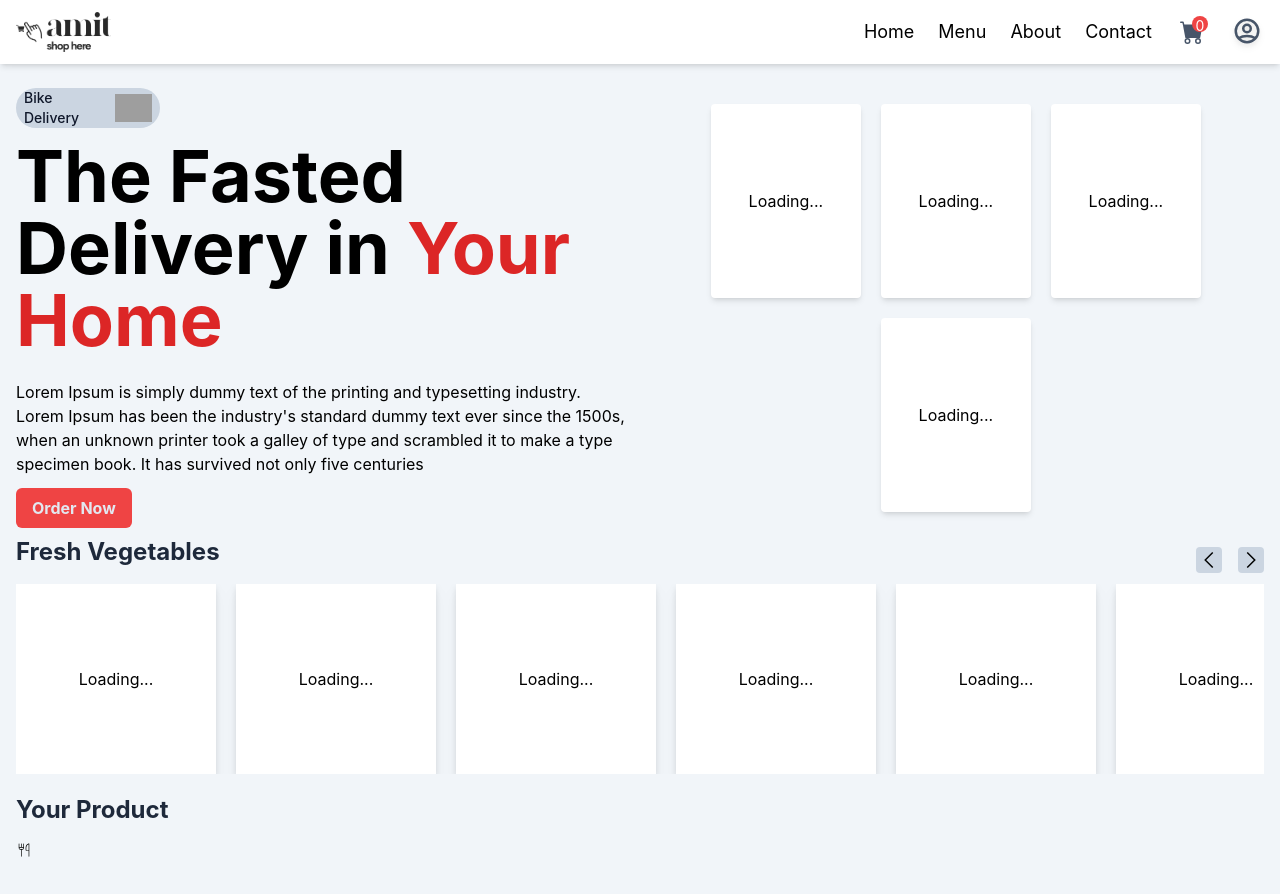
Repository: Lehuyhuynh/Web_ban_hoa_qua
Page: / (app in frontend/)
The author's editor kept a copy of each file at every save. The page is drawn from the files as they stood at one save, then again after the next save.
The browser window is 1280 px wide. The pictures show the whole page.
Pictures or frames that could not be fetched are drawn as grey boxes. The page's requests for data from a server got no answer. The project was rebuilt for these pictures with package versions that can differ from the ones it lists, and the page was loaded fresh each time. No one was signed in, and anything a server would have sent is missing. Also part of the build but not shown: frontend/src/page/Menu.js, frontend/src/page/About.js, frontend/src/page/Contact.js, frontend/src/page/login.js, frontend/src/utility/ImagetoBase64.js, frontend/src/page/Newproduct.js, frontend/src/page/Signup.js.

Above is the page before, as saved 2024-01-06 20:51:52.

### frontend/src/index.js
import React from "react";
import ReactDOM from "react-dom/client";
import "./index.css";
import App from "./App";
import reportWebVitals from "./reportWebVitals";
import {
  createBrowserRouter,
  createRoutesFromElements,
  Route,
  RouterProvider,
} from "react-router-dom";

import Home from "./page/Home";
import Menu from "./page/Menu";
import About from "./page/About";
import Contact from "./page/Contact";
import Login from "./page/login";
import NewProduct from "./page/Newproduct";
import Signup from "./page/Signup";
import { store } from "./redux/index";
import { Provider } from "react-redux";

const router = createBrowserRouter(
  createRoutesFromElements(
    <Route path="/" element={<App />}>
      <Route index element={<Home />} />
      <Route path="menu" element={<Menu />} />
      <Route path="about" element={<About />} />
      <Route path="contact" element={<Contact />} />
      <Route path="login" element={<Login />} />
      <Route path="newproduct" element={<NewProduct />} />
      <Route path="signup" element={<Signup />} />
    </Route>
  )
);

const root = ReactDOM.createRoot(document.getElementById("root"));
root.render(
  <Provider store={store}>
    <RouterProvider router={router} />
  </Provider>
);

// If you want to start measuring performance in your app, pass a function
// to log results (for example: reportWebVitals(console.log))
// or send to an analytics endpoint. Learn more: https://bit.ly/CRA-vitals
reportWebVitals();

### frontend/src/App.js
import Header from "./component/Header";
import { Outlet } from "react-router-dom";
import toast, { Toaster } from "react-hot-toast";
import { useEffect } from "react";
import { useDispatch, useSelector } from "react-redux";
import { setDataProduct } from "./redux/productSlide";

function App() {
  const dispatch = useDispatch();
  const productData = useSelector((state) => state.product);

  useEffect(() => {
    (async () => {
      const res = await fetch(`${process.env.REACT_APP_SERVER_DOMIN}/product`);
      const resData = await res.json();
      console.log(1, resData);
      dispatch(setDataProduct(resData));
    })();
  }, []);

  return (
    <>
      <Toaster />
      <div>
        <Header />
        <main className="pt-16 bg-slate-100 min-h-[calc(100vh)]">
          <Outlet />
        </main>
      </div>
    </>
  );
}

export default App;

### frontend/src/page/Home.js
import React, { useEffect, useRef, useState } from "react";
import { useSelector } from "react-redux";
import CardFeature from "../component/CardFeature";
import HomeCard from "../component/HomeCard";
import { GrPrevious, GrNext } from "react-icons/gr";
// import FilterProduct from "../component/FilterProduct";
// import AllProduct from "../component/AllProduct";
import { CiForkAndKnife } from "react-icons/ci";

const Home = () => {
  const productData = useSelector((state) => state.product.productList);
  console.log(productData);
  const homeProductCartList = productData.slice(1, 5);
  const homeProductCartListVegetables = productData.filter(
    (el) => el.category === "vegetable",
    []
  );
  const loadingArray = new Array(4).fill(null);
  const slideProductRef = useRef();
  const loadingArrayFeature = new Array(10).fill(null);

  const nextProduct = () => {
    slideProductRef.current.scrollLeft += 200;
  };
  const preveProduct = () => {
    slideProductRef.current.scrollLeft -= 200;
  };

  return (
    <div className="p-2 md:p-4">
      <div className="md:flex gap-4 py-2">
        <div className="md:w-1/2">
          <div className="flex gap-3 bg-slate-300 w-36 px-2 items-center rounded-full">
            <p className="text-sm font-medium text-slate-900">Bike Delivery</p>
            <img
              src="https://cdn-icons-png.flaticon.com/512/2972/2972185.png"
              className="h-7"
            />
          </div>
          <h2 className="text-4xl md:text-7xl font-bold py-3">
            The Fasted Delivery in{" "}
            <span className="text-red-600 text-">Your Home</span>
          </h2>
          <p className="py-3 text-base ">
            Lorem Ipsum is simply dummy text of the printing and typesetting
            industry. Lorem Ipsum has been the industry's standard dummy text
            ever since the 1500s, when an unknown printer took a galley of type
            and scrambled it to make a type specimen book. It has survived not
            only five centuries
          </p>
          <button className="font-bold bg-red-500 text-slate-200 px-4 py-2 rounded-md">
            Order Now
          </button>
        </div>

        <div className="md:w-1/2 flex flex-wrap gap-5 p-4 justify-center">
          {homeProductCartList[0]
            ? homeProductCartList.map((el) => {
                return (
                  <HomeCard
                    key={el._id}
                    id={el._id}
                    image={el.image}
                    name={el.name}
                    price={el.price}
                    category={el.category}
                  />
                );
              })
            : loadingArray.map((el, index) => {
                return (
                  <HomeCard key={index + "loading"} loading={"Loading..."} />
                );
              })}
        </div>
      </div>

      <div className="">
        <div className="flex w-full items-center">
          <h2 className="font-bold text-2xl text-slate-800 mb-4">
            Fresh Vegetables
          </h2>
          <div className="ml-auto flex gap-4">
            <button
              onClick={preveProduct}
              className="bg-slate-300 hover:bg-slate-400 text-lg  p-1 rounded"
            >
              <GrPrevious />
            </button>
            <button
              onClick={nextProduct}
              className="bg-slate-300 hover:bg-slate-400 text-lg p-1 rounded "
            >
              <GrNext />
            </button>
          </div>
        </div>
        <div
          className="flex gap-5 overflow-scroll scrollbar-none scroll-smooth transition-all"
          ref={slideProductRef}
        >
          {homeProductCartListVegetables[0]
            ? homeProductCartListVegetables.map((el) => {
                return (
                  <CardFeature
                    key={el._id + "vegetable"}
                    id={el._id}
                    name={el.name}
                    category={el.category}
                    price={el.price}
                    image={el.image}
                  />
                );
              })
            : loadingArrayFeature.map((el, index) => (
                <CardFeature loading="Loading..." key={index + "cartLoading"} />
              ))}
        </div>
      </div>
      {/* <AllProduct heading={"Your Product"} /> */}

      <div className=" my-5">
        <h2 className="font-bold text-2xl text-slate-800 mb-4">Your Product</h2>

        <div className="">
          <div className="">
            <CiForkAndKnife />
          </div>
        </div>
      </div>
    </div>
  );
};

export default Home;

### frontend/src/redux/index.js
import { configureStore } from "@reduxjs/toolkit";
import userSliceReducer from "./userSlice";
import productSlideReducer from "./productSlide";

export const store = configureStore({
  reducer: {
    user: userSliceReducer,
    product: productSlideReducer,
  },
});

### frontend/src/component/Header.js
import React, { useState } from "react";
import { Link } from "react-router-dom";
import logo from "../assest/logo .png";
import { HiOutlineUserCircle } from "react-icons/hi";
import { BsCartFill } from "react-icons/bs";
import { useDispatch, useSelector } from "react-redux";
import { logoutRedux } from "../redux/userSlice";
import { toast } from "react-hot-toast";

const Header = () => {
  const [showMenu, setShowMenu] = useState(false);
  const userData = useSelector((state) => state.user);
  const dispatch = useDispatch();

  const handleShowMenu = () => {
    setShowMenu((preve) => !preve);
  };
  const handleLogout = () => {
    dispatch(logoutRedux());
    toast("Logout successfully");
  };

  const cartItemNumber = useSelector((state) => state.product.cartItem);
  return (
    <header className="fixed shadow-md w-full h-16 px-2 md:px-4 z-50 bg-white">
      {/* desktop */}

      <div className="flex items-center h-full justify-between">
        <Link to={""}>
          <div className="h-10">
            <img src={logo} className="h-full" />
          </div>
        </Link>

        <div className="flex items-center gap-4 md:gap-7">
          <nav className="gap-4 md:gap-6 text-base md:text-lg hidden md:flex">
            <Link to={""}>Home</Link>
            <Link to={"menu/63f0fdbb3bcc2f97fa53d25d"}>Menu</Link>
            <Link to={"about"}>About</Link>
            <Link to={"contact"}>Contact</Link>
          </nav>
          <div className="text-2xl text-slate-600 relative">
            <Link to={"cart"}>
              <BsCartFill />
              <div className="absolute -top-1 -right-1 text-white bg-red-500 h-4 w-4 rounded-full m-0 p-0 text-sm text-center ">
                {cartItemNumber.length}
              </div>
            </Link>
          </div>
          <div className=" text-slate-600" onClick={handleShowMenu}>
            <div className="text-3xl cursor-pointer w-8 h-8 rounded-full overflow-hidden drop-shadow-md">
              {userData.image ? (
                <img src={userData.image} className="h-full w-full" />
              ) : (
                <HiOutlineUserCircle />
              )}
            </div>
            {showMenu && (
              <div className="absolute right-2 bg-white py-2  shadow drop-shadow-md flex flex-col min-w-[120px] text-center">
                {userData.email === process.env.REACT_APP_ADMIN_EMAIL && (
                  <Link
                    to={"newproduct"}
                    className="whitespace-nowrap cursor-pointer px-2"
                  >
                    New product
                  </Link>
                )}

                {userData.image ? (
                  <p
                    className="cursor-pointer text-white px-2 bg-red-500"
                    onClick={handleLogout}
                  >
                    Logout ({userData.firstName}){" "}
                  </p>
                ) : (
                  <Link
                    to={"login"}
                    className="whitespace-nowrap cursor-pointer px-2"
                  >
                    Login
                  </Link>
                )}
                <nav className="text-base md:text-lg flex flex-col md:hidden">
                  <Link to={""} className="px-2 py-1">
                    Home
                  </Link>
                  <Link
                    to={"menu/63f0fdbb3bcc2f97fa53d25d"}
                    className="px-2 py-1"
                  >
                    Menu
                  </Link>
                  <Link to={"about"} className="px-2 py-1">
                    About
                  </Link>
                  <Link to={"contact"} className="px-2 py-1">
                    Contact
                  </Link>
                </nav>
              </div>
            )}
          </div>
        </div>
      </div>

      {/* mobile */}
    </header>
  );
};

export default Header;

### frontend/src/redux/productSlide.js
import { createSlice } from "@reduxjs/toolkit";
import { toast } from "react-hot-toast";

const initialState = {
  productList: [],
  cartItem: [],
};

export const productSlice = createSlice({
  name: "product",
  initialState,
  reducers: {
    setDataProduct: (state, action) => {
      console.log(action);
      state.productList = [...action.payload];
    },
    // addCartItem: (state, action) => {
    //   const check = state.cartItem.some((el) => el._id === action.payload._id);
    //   if (check) {
    //     toast("Already Item in Cart");
    //   } else {
    //     toast("Item Add successfully");
    //     const total = action.payload.price;
    //     state.cartItem = [
    //       ...state.cartItem,
    //       { ...action.payload, qty: 1, total: total },
    //     ];
    //   }
    // },
    // deleteCartItem: (state, action) => {
    //   toast("one Item Delete");
    //   const index = state.cartItem.findIndex((el) => el._id === action.payload);
    //   state.cartItem.splice(index, 1);
    //   console.log(index);
    // },
    // increaseQty: (state, action) => {
    //   const index = state.cartItem.findIndex((el) => el._id === action.payload);
    //   let qty = state.cartItem[index].qty;
    //   const qtyInc = ++qty;
    //   state.cartItem[index].qty = qtyInc;

    //   const price = state.cartItem[index].price;
    //   const total = price * qtyInc;

    //   state.cartItem[index].total = total;
    // },
    // decreaseQty: (state, action) => {
    //   const index = state.cartItem.findIndex((el) => el._id === action.payload);
    //   let qty = state.cartItem[index].qty;
    //   if (qty > 1) {
    //     const qtyDec = ++qty;
    //     state.cartItem[index].qty = qtyDec;

    //     const price = state.cartItem[index].price;
    //     const total = price * qtyDec;

    //     state.cartItem[index].total = total;
    //   }
    // },
  },
});

export const {
  setDataProduct,
  // addCartItem,
  // deleteCartItem,
  // increaseQty,
  // decreaseQty,
} = productSlice.actions;

export default productSlice.reducer;

### frontend/src/component/CardFeature.js
import React from "react";
import { useDispatch } from "react-redux";
import { Link } from "react-router-dom";
// import { addCartItem, increaseQty } from "../redux/productSlide";

const CardFeature = ({ image, name, price, category, loading, id }) => {
  const dispatch = useDispatch();

  const handleAddCartProduct = (e) => {
    // dispatch(
    //   addCartItem({
    //     _id: id,
    //     name: name,
    //     price: price,
    //     category: category,
    //     image: image,
    //   })
    // );
  };

  return (
    <div className="w-full min-w-[200px] max-w-[200px] bg-white hover:shadow-lg drop-shadow-lg py-5 px-4 cursor-pointer flex flex-col ">
      {" "}
      {image ? (
        <>
          <Link
            to={`/menu/${id}`}
            onClick={() => window.scrollTo({ top: "0", behavior: "smooth" })}
          >
            <div className="h-28 flex flex-col justify-center items-center">
              <img src={image} className="h-full" />
            </div>
            <h3 className="font-semibold text-slate-600  capitalize text-lg mt-4 whitespace-nowrap overflow-hidden">
              {name}
            </h3>
            <p className=" text-slate-500  font-medium">{category}</p>
            <p className=" font-bold">
              <span>{price}</span>
              <span className="text-red-500">đ</span>
            </p>
          </Link>
          <button
            className="bg-yellow-500 py-1 mt-2 rounded hover:bg-yellow-600 w-full"
            onClick={handleAddCartProduct}
          >
            Add Cart
          </button>
        </>
      ) : (
        <div className="min-h-[150px] flex justify-center items-center">
          <p>{loading}</p>
        </div>
      )}
    </div>
  );
};

export default CardFeature;

### frontend/src/component/HomeCard.js
import React from "react";
import { Link } from "react-router-dom";

const HomeCard = ({ name, image, category, price, loading, id }) => {
  return (
    <div className="bg-white shadow-md p-2 rounded min-w-[150px]">
      {name ? (
        <>
          <Link
            to={`/menu/${id}`}
            onClick={() => window.scrollTo({ top: "0", behavior: "smooth" })}
          >
            <div className="w-40 min-h-[150px]">
              <img src={image} className="h-full w-full" />
            </div>
            <h3 className="font-semibold text-slate-600 text-center capitalize text-lg">
              {name}
            </h3>
            <p className="text-center text-slate-500  font-medium">
              {category}
            </p>
            <p className="text-center font-bold">
              {/* <span className="text-red-500">đ</span> */}
              <span>{price}</span>
              <span className="text-red-500">đ</span>
            </p>
          </Link>
        </>
      ) : (
        <div className="flex justify-center items-center h-full">
          <p>{loading}</p>
        </div>
      )}
    </div>
  );
};

export default HomeCard;

### frontend/src/redux/userSlice.js
import { createSlice } from "@reduxjs/toolkit";

const initialState = {
  email: "",
  firstName: "",
  image: "",
  lastName: "",
  _id: "",
};

export const userSlice = createSlice({
  name: "user",
  initialState,
  reducers: {
    loginRedux: (state, action) => {
      console.log(action.payload.data);
      console.log(action);
      // state.user = action.payload.data;
      state._id = action.payload.data._id;
      state.firstName = action.payload.data.firstName;
      state.lastName = action.payload.data.lastName;
      state.email = action.payload.data.email;
      state.image = action.payload.data.image;
    },
    logoutRedux: (state, action) => {
      state._id = "";
      state.firstName = "";
      state.lastName = "";
      state.email = "";
      state.image = "";
    },
  },
});

export const { loginRedux, logoutRedux } = userSlice.actions;

export default userSlice.reducer;

### frontend/tailwind.config.js
/** @type {import('tailwindcss').Config} */
module.exports = {
  content: ["./src/**/*.{html,js}"],
  theme: {
    extend: {},
  },
  plugins: [
    // ...
    require("tailwind-scrollbar")({ nocompatible: true }),
  ],
};

Loaded but not shown: frontend/public/index.html (common file); frontend/src/index.css (common file); frontend/src/reportWebVitals.js (common file)

After the next save:
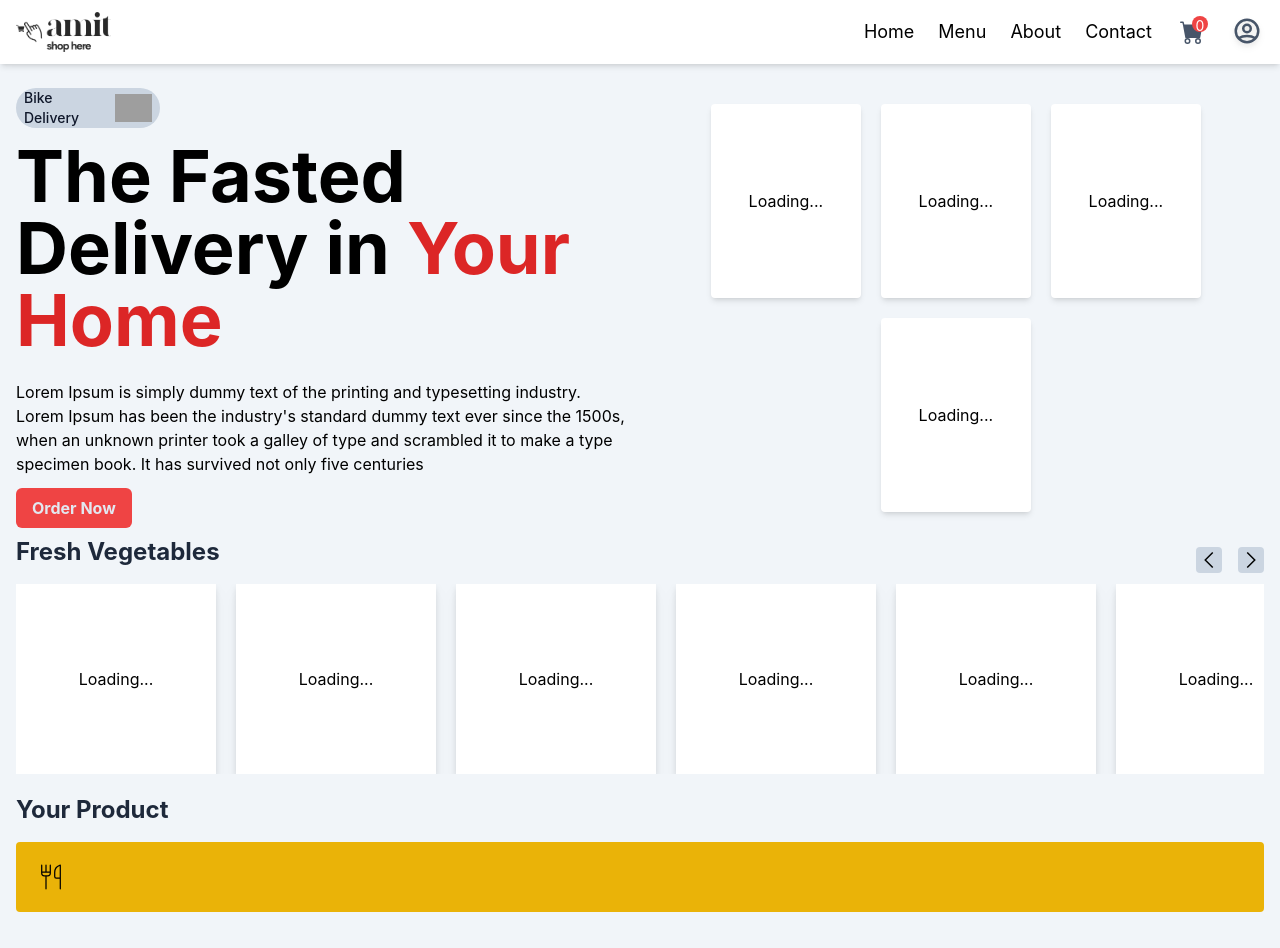
Saved 57 s later.
--- a/frontend/src/page/Home.js
+++ b/frontend/src/page/Home.js
@@ -123,7 +123,7 @@ const Home = () => {
         <h2 className="font-bold text-2xl text-slate-800 mb-4">Your Product</h2>
 
         <div className="">
-          <div className="">
+          <div className=" text-3xl p-5 bg-yellow-500 rounded">
             <CiForkAndKnife />
           </div>
         </div>
